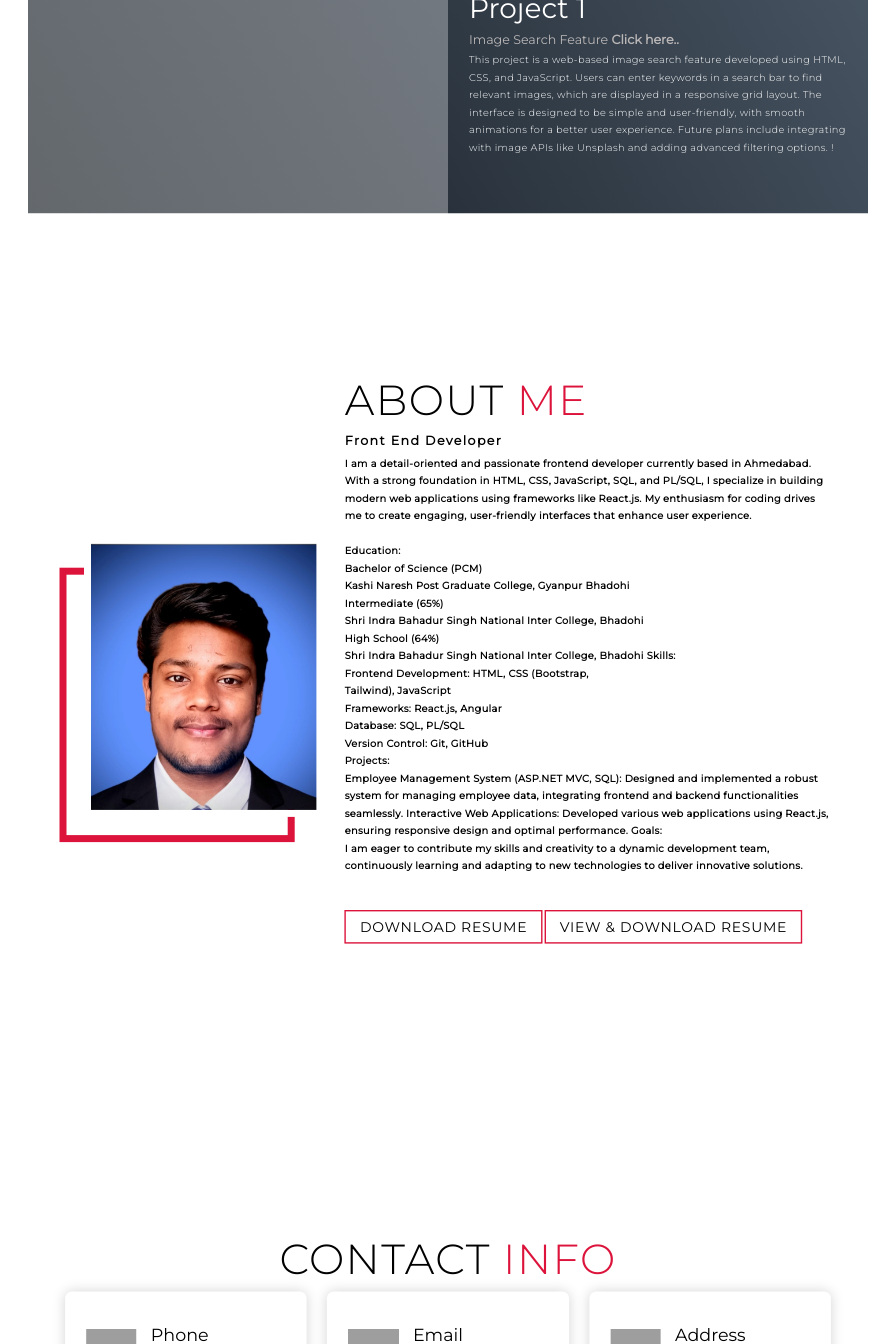
Repository: Mahesh512001/Portfolio-Mahesh
Page: index.html
These files come from the project's save history. The page is drawn as it stood at one moment and after the next save; the edit follows.
The browser window is 1280 px wide. The pictures show the part of the page from y = 4580 to 6500 px (the page is 7077 px tall before and 7103 px after), at 70% of full size.
Pictures or frames that could not be fetched are drawn as grey boxes.

Above is the page before, as saved 2024-08-28 16:28:35.

### index.html
<!DOCTYPE html>
<html lang="en">

<head>
  <meta charset="UTF-8">
  <meta name="viewport" content="width=device-width, initial-scale=1.0">
  <link rel="stylesheet" href="style.css">
  <title>Mahesh Chaurasiya</title>
</head>

<body>
  <!-- Header -->
  <section id="header">
    <div class="header container">
      <div class="nav-bar">
        <div class="brand">
          <a href="#hero">
            <h1><span>M</span>ahesh <span>C</span>haurasiya</h1>
          </a>
        </div>
        <div class="nav-list">
          <div class="hamburger">
            <div class="bar"></div>
          </div>
          <ul>
            <li><a href="#hero" data-after="Home">Home</a></li>
            <li><a href="#services" data-after="Service">Services</a></li>
            <li><a href="#projects" data-after="Projects">Projects</a></li>
            <li><a href="#about" data-after="About">About</a></li>
            <li><a href="#contact" data-after="Contact">Contact</a></li>
          </ul>
        </div>
      </div>
    </div>
  </section>
  <!-- End Header -->


  <!-- Hero Section  -->
  <section id="hero">
    <div class="hero container">
      <div>
        <h1>Hello, <span></span></h1>
        <h1>My Name is <span></span></h1>
        <h1>Mahesh <span></span></h1>
        <a href="#projects" type="button" class="cta">Portfolio</a>
      </div>
    </div>
  </section>
  <!-- End Hero Section  -->

  <!-- Service Section -->
  <section id="services">
    <div class="services container">
      <div class="service-top">
        <h1 class="section-title">Serv<span>i</span>ces</h1>
        <p>Mahesh Chaurasiya offers a comprehensive range of web development services tailored to meet your business needs. Specializing in frontend and backend development, he excels in creating responsive and user-friendly websites. With expertise in HTML, CSS, JavaScript, and frameworks like React and Angular, Mahesh ensures top-notch performance and design. He also provides robust backend solutions using technologies such as Node.js, ASP.NET, and databases like SQL Server and MongoDB. From e-commerce platforms to custom web applications, Mahesh Chaurasiya delivers high-quality, scalable, and secure web solutions.!</p>
      </div>
      <div class="service-bottom">
        <div class="service-item">
          <div class="icon"><img src="https://img.icons8.com/bubbles/100/000000/services.png" /></div>
          <h2> <b>Web Design for Web Developers</b> by Mahesh Chaurasiya:</h2>
          <p>Web design is the art of creating visually appealing and user-friendly interfaces for websites and web applications. It involves understanding the principles of layout, typography, color theory, and usability. A web developer must collaborate closely with designers to implement responsive and accessible designs using HTML, CSS, and JavaScript. Effective web design ensures that the website not only looks good but also provides a seamless user experience across different devices and browsers. By focusing on both aesthetics and functionality, web developers can create engaging and efficient websites that meet users' needs and business goals.</p>
        </div>
        <div class="service-item">
          <div class="icon"><img src="https://img.icons8.com/bubbles/100/000000/services.png" /></div>
          <h2> <b>Web Design for Web Developers</b> by Mahesh Chaurasiya:</h2>
          <p>Minimalist Design: Use a clean and simple layout with ample white space, ensuring the focus remains on the content. Utilize a limited color palette and clear typography.Responsive Design: Ensure your design is fully responsive, adapting seamlessly to various screen sizes and devices. Use flexible grids and layouts along with CSS media queries. Interactive Elements: Incorporate interactive elements like hover effects, animations, and transitions to enhance user engagement and make the website more dynamic.Typography Focused: Emphasize typography by using unique fonts and playing with font sizes</p>
        </div>
        <div class="service-item">
          <div class="icon"><img src="https://img.icons8.com/bubbles/100/000000/services.png" /></div>
          <h2> <b>Web Design for Web Developers</b> by Mahesh Chaurasiya:</h2>
          <p>Bold Color Schemes: Experiment with bold and vibrant color schemes to make the website stand out. Use contrasting colors to highlight important elements and calls to action. Custom Illustrations: Add custom illustrations and graphics to give the website a unique and personalized feel. This can also help in better visual storytelling.Dark Mode: Offer a dark mode option for users, providing a visually appealing alternative that reduces eye strain in low-light environments.Microinteractions: Implement microinteractions to provide feedback to users’ actions, such as button presses, form submissions, or loading indicators, enhancing the user experience.
            </p>
        </div>
        <div class="service-item">
          <div class="icon"><img src="https://img.icons8.com/bubbles/100/000000/services.png" /></div>
          <h2> <b>Web Design for Web Developers</b> by Mahesh Chaurasiya:</h2>
          <p>Asymmetrical Layouts: Break the traditional grid layout with asymmetrical designs to create a more interesting and visually engaging website.Background Videos: Use background videos to create an immersive experience. Ensure the video is subtle and doesn’t distract from the main content. Parallax Scrolling: Implement parallax scrolling effects to create depth and a more engaging browsing experience. This technique involves background images moving at a different speed than foreground content. Accessibility: Design with accessibility in mind by ensuring the website is navigable via keyboard, has alt text for images, </p>
        </div>
      </div>
    </div>
  </section>
  <!-- End Service Section -->

  <!-- Projects Section -->
  <section id="projects">
    <div class="projects container">
      <div class="projects-header">
        <h1 class="section-title">Recent <span>Projects</span></h1>
      </div>
      <div class="all-projects">
        <div class="project-item">
          <div class="project-info">
            <h1>Project 1</h1>
            <h2><a style='color:rgb(187, 183, 183)' href="https://mahesh512001.github.io/amazon_clone/">Amazon Clone Using html and CSS   <b>Click here..</b></a></h2>
            <p>Header: Amazon logo, search bar, navigation links, user account options, order history, shopping cart icon.
              Navigation Bar: Links to product categories, drop-down menu for detailed categories.
              Main Banner: Responsive banner image with carousel for promotional offers.
              Product Sections: Listings organized into categories like "Best Sellers," "Deals of the Day," "Recommended for
              You."
              Footer: Informational links, social media icons, newsletter subscription form.
              Technologies: HTML5, CSS3
              !</p>
          </div>
          <div class="project-img">
            <img src="https://www.shutterstock.com/image-vector/vector-illustration-smartphone-mobile-phone-260nw-2147680415.jpg" alt="img">
          </div>
        </div>
        <div class="project-item">
          <div class="project-info">
            <h1>Project 2</h1>
           <h2><a style='color:rgb(187, 183, 183)' href="https://mahesh512001.github.io/Crud-Operation-using-js-html/" >Crud Operation using HTML, CSS AND JAVASCRIPT   <b>Click here..</b></a></h2>
            <p>Create: A form to input new entries (e.g., tasks, products).
              Includes text inputs, dropdowns, and submit buttons.
              Read: Displays all entries in a table or card layout.
              Each entry shows relevant details with action buttons.
              Update: Edit existing entries via pre-filled forms.
              Users can modify and save changes.
              Delete: Option to remove entries from the list.
              Confirmation prompts to prevent accidental deletions.
              Technologies Used:
              HTML5: Structures forms, tables, and overall layout.
              CSS3: Styles the application with modern, responsive design using flexbox and grid.
              JavaScript: Implements CRUD logic, handles data storage, and updates the DOM dynamically.
              !</p>
          </div>
          <div class="project-img">
            <img src="https://www.shutterstock.com/image-vector/vector-illustration-smartphone-mobile-phone-260nw-2147680415.jpg" alt="img">
          </div>
        </div>
        <div class="project-item">
          <div class="project-info">
            <h1>Project 3</h1>

          <h2> <h2><a style='color:rgb(187, 183, 183)' href="https://todo-list-using-angular-eag7.vercel.app/" >To-do list Application using angular   <b>Click here..</b></a></h2>
            <p>Add Task: Input field and button to add new tasks.
              View Tasks: Displays all tasks with filtering options.
              Update Task: Edit existing tasks with a pre-filled form.
              Delete Task: Option to remove tasks with confirmation prompts.
              Mark as Complete: Checkbox to mark tasks as complete.
              Technologies Used:
              Angular: Component-based architecture.
              TypeScript: Enhances JavaScript with static types.
              HTML5: Structures layout and forms.
              CSS: Styles the application
              !</p>
          </div>
          <div class="project-img">
            <img src="https://www.shutterstock.com/image-vector/vector-illustration-smartphone-mobile-phone-260nw-2147680415.jpg" alt="img">
          </div>
        </div>
        <div class="project-item">
          <div class="project-info">
            <h1>Project 4</h1>
            <h2>Online Quiz Application</h2>
            <p>Part 1: HTML Test

              Page Name: htmlassignment.html
              Framework: Bootstrap
              Description: Created a responsive HTML page based on a design, using Bootstrap to ensure it adapts to mobile devices.
              Part 2: Backend Test

              Technology: ASP.NET Core, MS SQL
              Functionality:
              Questions Table: Stores questions, options, and correct answers.
              Begin Test Page: Email input with validation, saves email in a cookie.
              Question Page: Dynamically displays questions, saves user answers.
              Exam Result Page: Shows user’s score and saved email.!</p>
          </div>
          <div class="project-img">
            <img src="https://www.shutterstock.com/image-vector/vector-illustration-smartphone-mobile-phone-260nw-2147680415.jpg" alt="img">
          </div>
        </div>
        <div class="project-item">
          <div class="project-info">
            <h1>Project 5</h1>
            <h2>Employee Management System</h2>
            <p>Technology: ASP.NET MVC, SQL Server/Description:- Employee Table: Stores employee details such as ID, Name, Department, and Salary.
              Features:-
              Add Employee: Form to add new employees with validation.
              Edit Employee: Update existing employee details.
              Delete Employee: Remove employees from the database.
              View Employees: List all employees with sorting and filtering options.
              Search Employees: Search employees by name or department.
              This system ensures efficient management of employee records with CRUD (Create, Read, Update, Delete) operations.!</p>
          </div>
          <div class="project-img">
            <img src="https://www.shutterstock.com/image-vector/vector-illustration-smartphone-mobile-phone-260nw-2147680415.jpg" alt="img">
          </div>
        </div>
        <div class="project-item">
          <div class="project-info">
            <h1>Project 1</h1>
            <h2><a style='color:rgb(187, 183, 183)' href="https://mahesh512001.github.io/Search_image_using-js-css-html/">Image Search Feature   <b>Click here..</b></a></h2>
            <p>This project is a web-based image search feature developed using HTML, CSS, and JavaScript. Users can enter keywords in a search bar to find relevant images, which are displayed in a responsive grid layout. The interface is designed to be simple and user-friendly, with smooth animations for a better user experience. Future plans include integrating with image APIs like Unsplash and adding advanced filtering options.
              !</p>
          </div>
          <div class="project-img">
            <img src="https://www.shutterstock.com/image-vector/vector-illustration-smartphone-mobile-phone-260nw-2147680415.jpg" alt="img">
          </div>
        </div>

      </div>
    </div>
  </section>
  <!-- End Projects Section -->

  <!-- About Section -->
  <section id="about">
    <div class="about container">
      <div class="col-left">
        <div class="about-img">
          <img src="./img/WhatsApp Image 2024-02-27 at 13.39.27_0f0cbf3b.jpg" alt="img">
        </div>
      </div>
      <div class="col-right">
        <h1 class="section-title">About <span>me</span></h1>
        <h2><b>Front End Developer</b></h2>
        <p><b>I am a detail-oriented and passionate frontend developer currently based in Ahmedabad. With a strong foundation in HTML, CSS, JavaScript, SQL, and PL/SQL, I specialize in building modern web applications using frameworks like React.js. My enthusiasm for coding drives me to create engaging, user-friendly interfaces that enhance user experience.

          <br><br>Education:
          <br>
          Bachelor of Science (PCM)<br>
          Kashi Naresh Post Graduate College, Gyanpur Bhadohi<br>
          Intermediate (65%)<br>
          Shri Indra Bahadur Singh National Inter College, Bhadohi<br>
          High School (64%)<br>
          Shri Indra Bahadur Singh National Inter College, Bhadohi
          Skills:
          <br>
          Frontend Development: HTML, CSS (Bootstrap, <br>
          Tailwind), JavaScript<br>
          Frameworks: React.js, Angular<br>
          Database: SQL, PL/SQL<br>
          Version Control: Git, GitHub<br>
          Projects:
          <br>
          Employee Management System (ASP.NET MVC, SQL): Designed and implemented a robust system for managing employee data, integrating frontend and backend functionalities seamlessly.
          Interactive Web Applications: Developed various web applications using React.js, ensuring responsive design and optimal performance.
          Goals:<br>
          I am eager to contribute my skills and creativity to a dynamic development team, continuously learning and adapting to new technologies to deliver innovative solutions.</b></p>
        <a href="https://drive.google.com/uc?export=download&id=1DWSHdsEPHFoF-p0LWFgqFOF8QcjtQt7M" class="cta">Download Resume</a>
        <a href="https://drive.google.com/file/d/1DWSHdsEPHFoF-p0LWFgqFOF8QcjtQt7M/view?usp=sharing" class="cta">View & Download Resume</a>
      </div>
    </div>
  </section>
  <!-- End About Section -->

  <!-- Contact Section -->
  <section id="contact">
    <div class="contact container">
      <div>
        <h1 class="section-title">Contact <span>info</span></h1>
      </div>
      <div class="contact-items">
        <div class="contact-item">
          <div class="icon"><img src="https://img.icons8.com/bubbles/100/000000/phone.png" /></div>
          <div class="contact-info">
            <h1>Phone</h1>
            <h2>+91 7839072326</h2>
            <h2>+91 8858187079</h2>
          </div>
        </div>
        <div class="contact-item">
          <div class="icon"><img src="https://img.icons8.com/bubbles/100/000000/new-post.png" /></div>
          <div class="contact-info">
            <h1>Email</h1>
            <h2>chaurasiyamahesh012345</h2>
            <h2>@gmail.com</h2>
          </div>
        </div>
        <div class="contact-item">
          <div class="icon"><img src="https://img.icons8.com/bubbles/100/000000/map-marker.png" /></div>
          <div class="contact-info">
            <h1>Address</h1>
            <h2>Bhadohi, Gyanpur Road, Saraiya</h2>
          </div>
        </div>
      </div>
    </div>
  </section>
  <!-- End Contact Section -->

  <!-- Footer -->
  <section id="footer">
    <div class="footer container">
      <div class="brand">
        <h1><span>M</span>ahesh <span>C</span>haurasiya</h1>
      </div>
      <h2>Your Complete Web Solution</h2>
      <div class="social-icon">
        <div class="social-item">
          <a href="https://www.linkedin.com/in/mahesh-chaurasiya-8375a7184/"><img src="./img/linkedin.png" /></a>
        </div>
        <div class="social-item">
          <a href="https://x.com/mahesh783907/"><img src="./img/twitter.png" /></a>
        </div>
        <div class="social-item">
          <a href="https://www.instagram.com/mahesh_7839__"><img src="./img/instagram.png" /></a>
        </div>
        <div class="social-item">
          <a href="https://github.com/Mahesh512001"><img src="./img/github.png" /></a>
        </div>
      </div>
      <p>Copyright © 2024 Mahesh. All rights reserved</p>
    </div>
  </section>
  <!-- End Footer -->
  <script src="./app.js"></script>
</body>

</html>

Loaded but not shown: app.js (25 lines, source omitted); style.css (703 lines, source omitted)

After the next save:
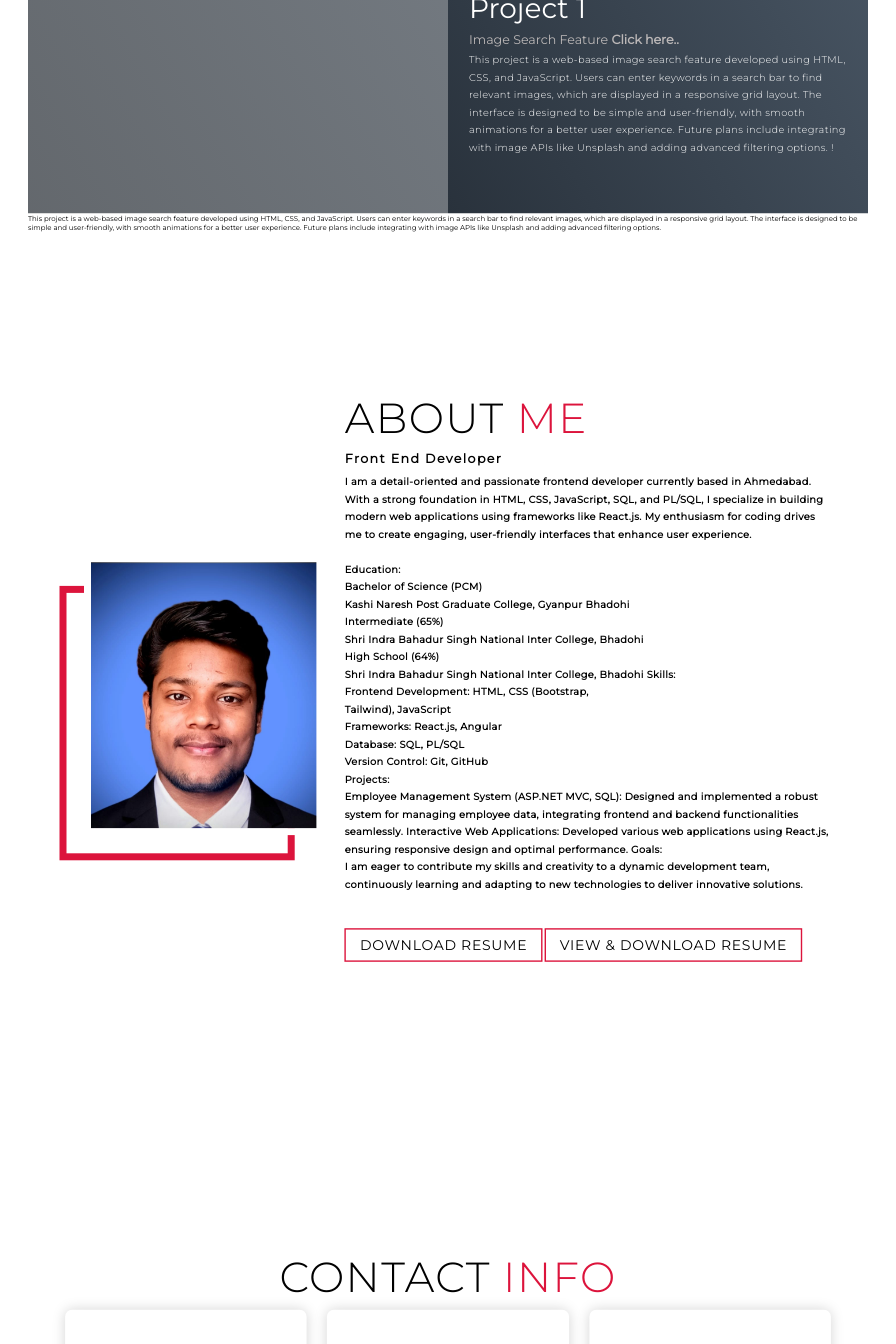
Saved 6 s later.
--- a/index.html
+++ b/index.html
@@ -200,7 +200,7 @@
             <img src="https://www.shutterstock.com/image-vector/vector-illustration-smartphone-mobile-phone-260nw-2147680415.jpg" alt="img">
           </div>
         </div>
-
+        This project is a web-based image search feature developed using HTML, CSS, and JavaScript. Users can enter keywords in a search bar to find relevant images, which are displayed in a responsive grid layout. The interface is designed to be simple and user-friendly, with smooth animations for a better user experience. Future plans include integrating with image APIs like Unsplash and adding advanced filtering options.
       </div>
     </div>
   </section>

After the save that followed:
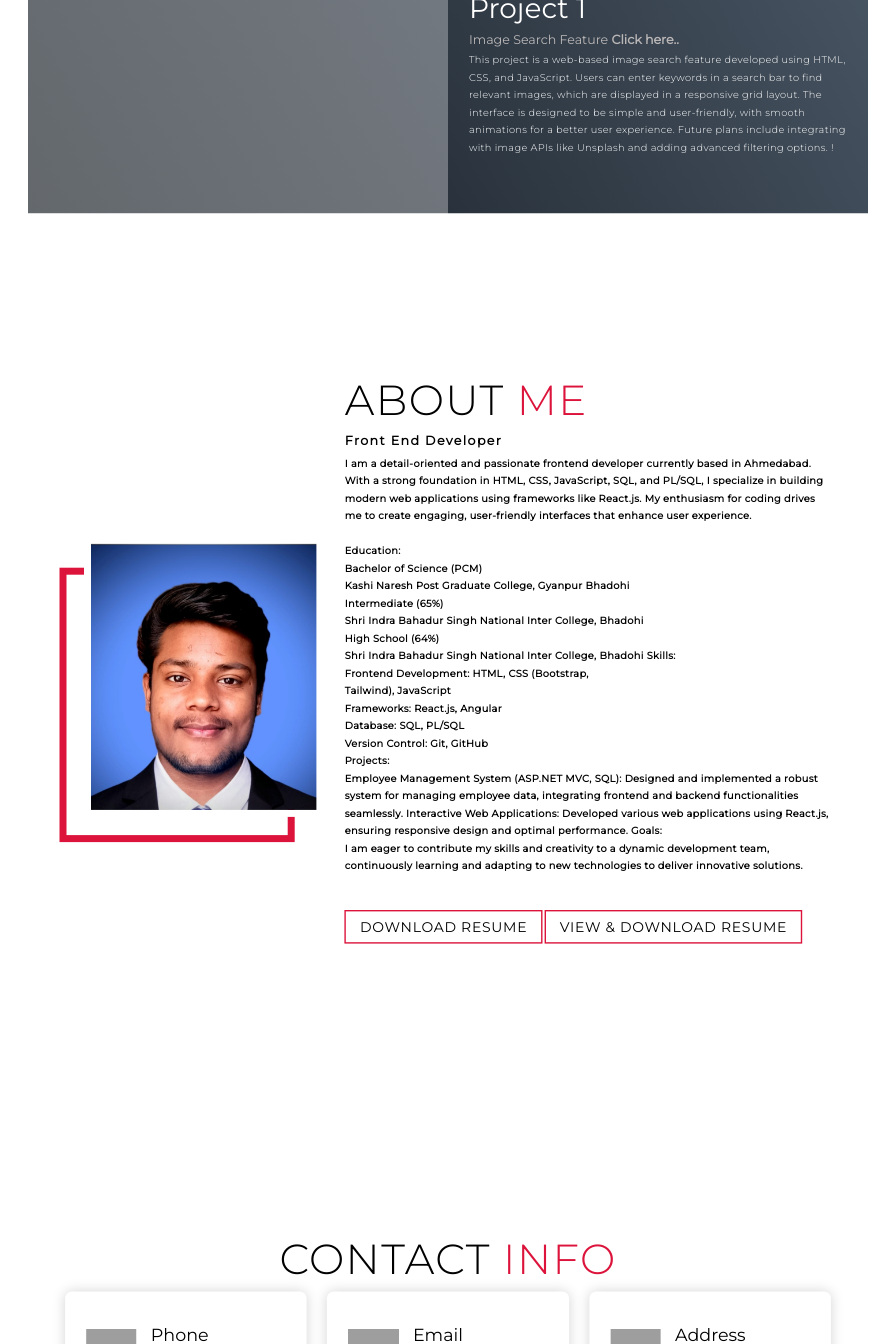
Saved 4 s later.
--- a/index.html
+++ b/index.html
@@ -200,7 +200,7 @@
             <img src="https://www.shutterstock.com/image-vector/vector-illustration-smartphone-mobile-phone-260nw-2147680415.jpg" alt="img">
           </div>
         </div>
-        This project is a web-based image search feature developed using HTML, CSS, and JavaScript. Users can enter keywords in a search bar to find relevant images, which are displayed in a responsive grid layout. The interface is designed to be simple and user-friendly, with smooth animations for a better user experience. Future plans include integrating with image APIs like Unsplash and adding advanced filtering options.
+
       </div>
     </div>
   </section>
